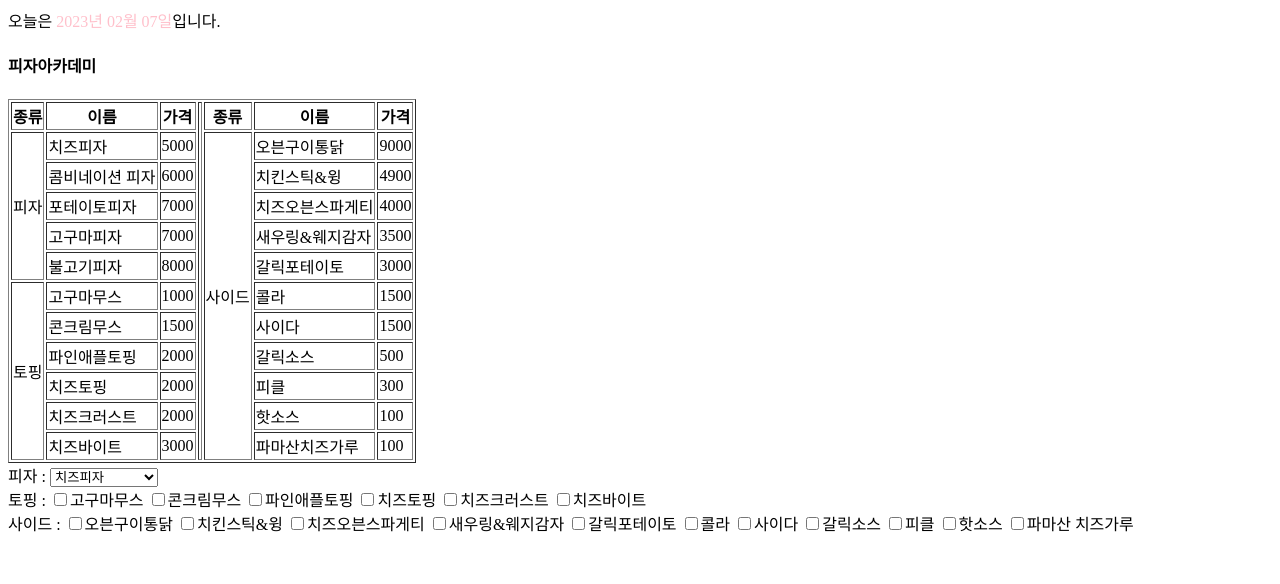
Repository: yejin0220/Web-workspace1
Page: http://localhost/2_JSP/views/04_PizzaOrderForm.jsp
An editor plug-in stored every save of this project. The page is shown before and after the next save, followed by the edit.
The browser window is 1280 px wide. The pictures show the whole page.
The page is served by Tomcat 9.

Above is the page before, as saved 2023-02-09 01:13:33.

### 2_JSP/WebContent/views/04_PizzaOrderForm.jsp
<%@ page import="java.util.Date, java.text.SimpleDateFormat" %>
<%@ page language="java" contentType="text/html; charset=UTF-8"
    pageEncoding="UTF-8"%>
<!DOCTYPE html>
<html>
<head>
<meta charset="UTF-8">
<title>피자 주문 페이지</title>
<style>
	span{color:pink;}
</style>
</head>
<body>

	<%

		Date date = new Date();
		SimpleDateFormat sdf = new SimpleDateFormat("yyyy년 MM월 dd일");
		String today = sdf.format(date);

	%>

	오늘은 <span><%= today %></span>입니다.

	<h4>피자아카데미</h4>

	<table border="1">
		<tr>
			<th>종류</th>
			<th>이름</th>
			<th>가격</th>
			<th rowspan="12"></th>
			<th>종류</th>
			<th>이름</th>
			<th>가격</th>
		</tr>
		<tr>
			<td rowspan="5">피자</td>
			<td>치즈피자</td>
			<td>5000</td>
			<td rowspan="11">사이드</td>
			<td>오븐구이통닭</td>
			<td>9000</td>
		</tr>
		<tr>
			<td>콤비네이션 피자</td>
			<td>6000</td>
			<td>치킨스틱&윙</td>
			<td>4900</td>

		</tr>
		<tr>
			<td>포테이토피자</td>
			<td>7000</td>
			<td>치즈오븐스파게티</td>
			<td>4000</td>
		</tr>
		<tr>
			<td>고구마피자</td>
			<td>7000</td>
			<td>새우링&웨지감자</td>
			<td>3500</td>
		</tr>
		<tr>
			<td>불고기피자</td>
			<td>8000</td>
			<td>갈릭포테이토</td>
			<td>3000</td>
		</tr>
		<tr>
			<td rowspan="6">토핑</td>
			<td>고구마무스</td>
			<td>1000</td>
			<td>콜라</td>
			<td>1500</td>
		</tr>
		<tr>
			<td>콘크림무스</td>
			<td>1500</td>
			<td>사이다</td>
			<td>1500</td>
		</tr>
		<tr>
			<td>파인애플토핑</td>
			<td>2000</td>
			<td>갈릭소스</td>
			<td>500</td>
		</tr>
		<tr>
			<td>치즈토핑</td>
			<td>2000</td>
			<td>피클</td>
			<td>300</td>
		</tr>
		<tr>
			<td>치즈크러스트</td>
			<td>2000</td>
			<td>핫소스</td>
			<td>100</td>
		</tr>
		<tr>
			<td>치즈바이트</td>
			<td>3000</td>
			<td>파마산치즈가루</td>
			<td>100</td>
		</tr>

	</table>


	피자 :
	<select name="pizzaname">
		<option>치즈피자</option>
		<option>콤비네이션피자</option>
		<option>포테이토피자</option>
		<option>고구마피자</option>
		<option>불고기피자</option>
	</select>
	<br>

	토핑 :
	<input type="checkbox" name="top" value="고구마무스">고구마무스
	<input type="checkbox" name="top" value="콘크림무스">콘크림무스
	<input type="checkbox" name="top" value="파인애플토핑">파인애플토핑
	<input type="checkbox" name="top" value="치즈토핑">치즈토핑
	<input type="checkbox" name="top" value="치즈크러스트">치즈크러스트
	<input type="checkbox" name="top" value="치즈바이트">치즈바이트
	<br>

	사이드 :
	<input type="checkbox" name="side" value="오븐구이통닭">오븐구이통닭
	<input type="checkbox" name="side" value="치킨스틱&윙">치킨스틱&윙
	<input type="checkbox" name="side" value="치즈오븐스파게티">치즈오븐스파게티
	<input type="checkbox" name="side" value="새우링&웨지감자">새우링&웨지감자
	<input type="checkbox" name="side" value="갈릭포테이토">갈릭포테이토
	<input type="checkbox" name="side" value="콜라">콜라
	<input type="checkbox" name="side" value="사이다">사이다
	<input type="checkbox" name="side" value="갈릭소스">갈릭소스
	<input type="checkbox" name="side" value="피클">피클
	<input type="checkbox" name="side" value="핫소스">핫소스
	<input type="checkbox" name="side" value="파마산 치즈가루">파마산 치즈가루










</body>
</html>

After the next save:
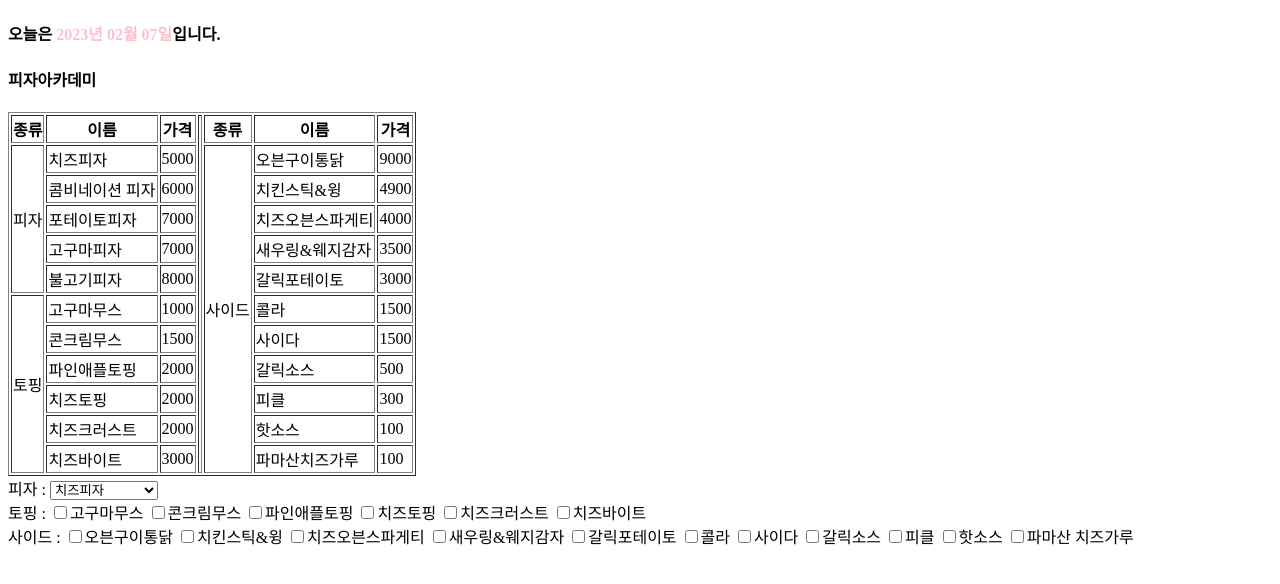
Saved 16 s later.
--- a/2_JSP/WebContent/views/04_PizzaOrderForm.jsp
+++ b/2_JSP/WebContent/views/04_PizzaOrderForm.jsp
@@ -20,7 +20,7 @@
 
 	%>
 
-	오늘은 <span><%= today %></span>입니다.
+	<h4>오늘은 <span><%= today %></span>입니다.</h4>
 
 	<h4>피자아카데미</h4>
 
